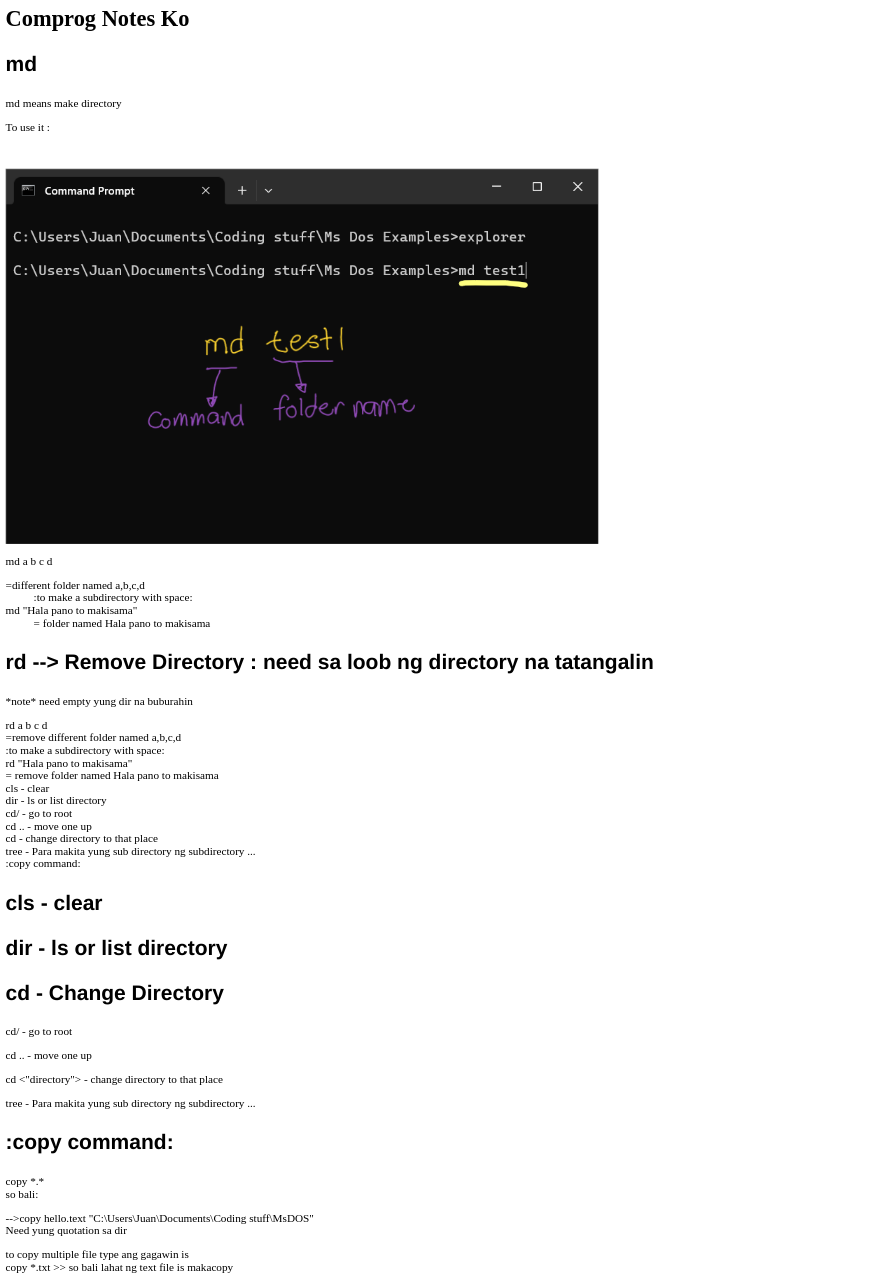
Repository: zwainer/Comprog
Page: index.html
The author's editor kept a copy of each file at every save. The page is drawn from the files as they stood at one save, then again after a run of saves.
The browser window is 1280 px wide. The pictures show the whole page, at 70% of full size.

Above is the page before, as saved 2023-05-05 22:30:16.

### index.html
<html>
	<head>
		<link rel="stylesheet" href="index.css">
	</head>

	<h1>Comprog Notes Ko</h1>

	<p class="StartCommand">
		md
		<br/>

	</p>

	<p>md means make directory
		<br/>
	</p>
	<p>To use it :<dl>
		<dd>

		</dd>
				</dl>

	<br/>
	</p>

	<img src="pictures/1_1.png">

	<p>md a b c d  <br/></p>

	<dl>
<dt>=different folder named a,b,c,d<br/></dt>

	<dd>:to make a subdirectory with space:<br/></dd>

	<dt>md "Hala pano to makisama"<br/></dt>
		<dd>= folder named Hala pano to makisama<br/></dd>
</dl>

<p class="StartCommand">rd --> Remove Directory : need sa loob ng directory na tatangalin<br/></p>


	<p>
		*note* need empty yung dir na buburahin
		<br/>
	</p>

		rd a b c d <br/>

		=remove different folder named a,b,c,d<br/>

	:to make a subdirectory with space:<br/>

	rd "Hala pano to makisama"<br/>

		= remove folder named Hala pano to makisama	<br/>



cls - clear<br/>

dir - ls or list directory<br/>

cd/ - go to root<br/>

cd .. - move one up<br/>

cd <directory> - change directory to that place<br/>

tree - Para makita yung sub directory ng subdirectory ...<br/>

:copy command:<br/>
<p class="StartCommand">cls - clear<br/></p>

<p class="StartCommand">dir - ls or list directory<br/></p>

<p class="StartCommand">cd - Change Directory<br/></p>


<p >cd/ - go to root<br/></p>

<p>cd .. - move one up<br/></p>

<p >cd <"directory"> - change directory to that place<br/></p>

<p >tree - Para makita yung sub directory ng subdirectory ...<br/></p>

<p class="StartCommand">:copy command:<br/></p>


copy *.*<br/>

	so bali: <br/>
		<p>
				-->copy hello.text "C:\Users\Juan\Documents\Coding stuff\MsDOS"<br/>
			Need yung quotation sa dir
			<br/>
		</p>

		<p>
	to copy multiple file type ang gagawin is </br>
	copy *.txt >> so bali lahat ng text file is makacopy</br>



		</p>
</html>

### index.css
.StartCommand{
    font-size: 30px;
    font-family: 'Franklin Gothic Medium';
    font-weight: bold;
}

After the next 9 saves:
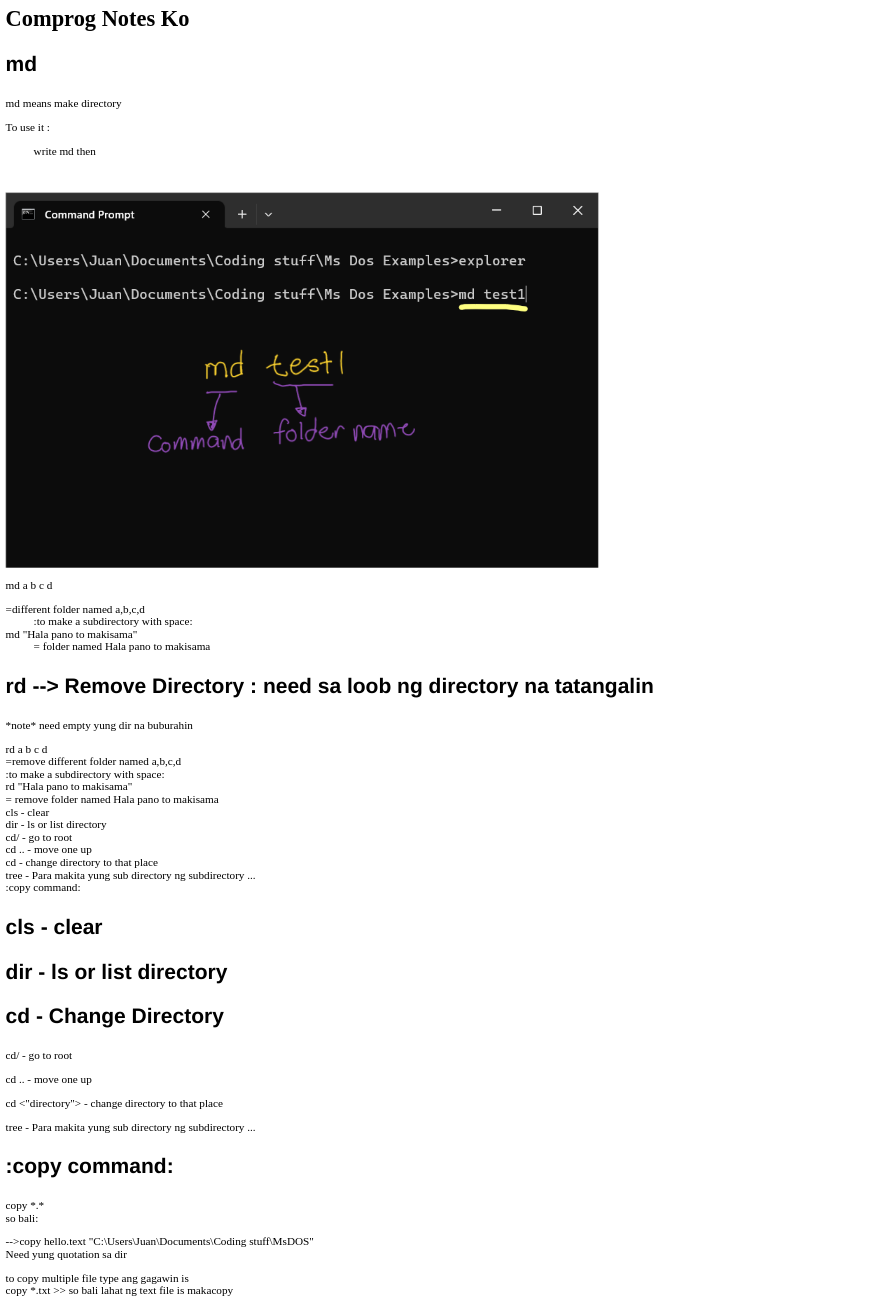
The 9 saves are shown as one change because they came seconds apart.
The last was saved 19 s later.
--- a/index.html
+++ b/index.html
@@ -14,11 +14,12 @@
 	<p>md means make directory
 		<br/>
 	</p>
-	<p>To use it :<dl>
-		<dd>
-
-		</dd>
-				</dl>
+	<p>To use it :
+		<dl>
+			<dd>
+				write md then
+			</dd>
+		</dl>
 
 	<br/>
 	</p>
